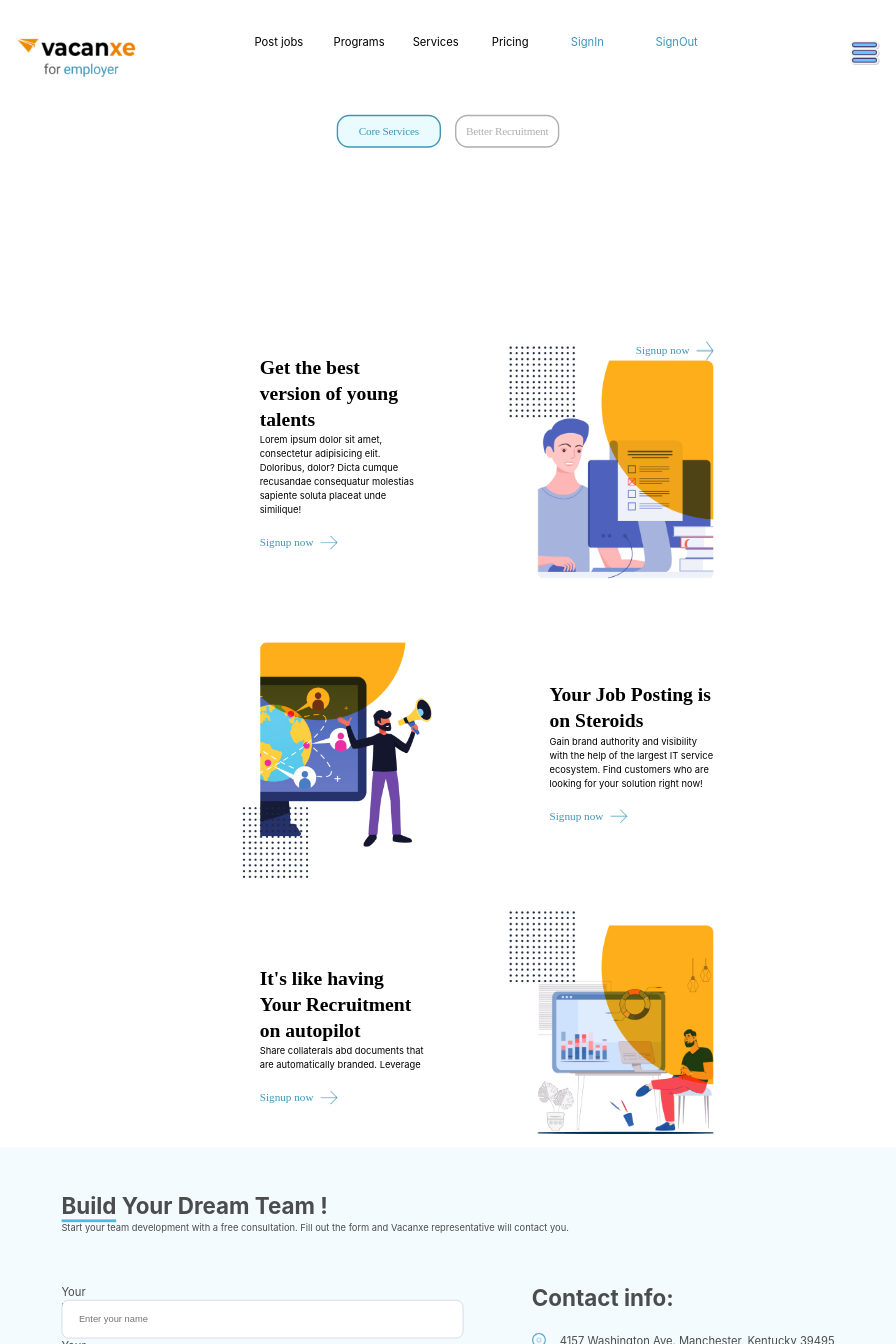
Repository: uh-sman/Vacanxe
Page: /
An editor plug-in stored every save of this project. The page is shown before and after the next save, followed by the edit.
The browser window is 1280 px wide. The pictures show the part of the page from y = 0 to 1920 px (the page is 3212 px tall before and 3048 px after), at 70% of full size.
The project was rebuilt for these pictures with package versions that can differ from the ones it lists, and the page was loaded fresh each time.

Above is the page before, as saved 2022-12-03 19:43:05.

After the next save:
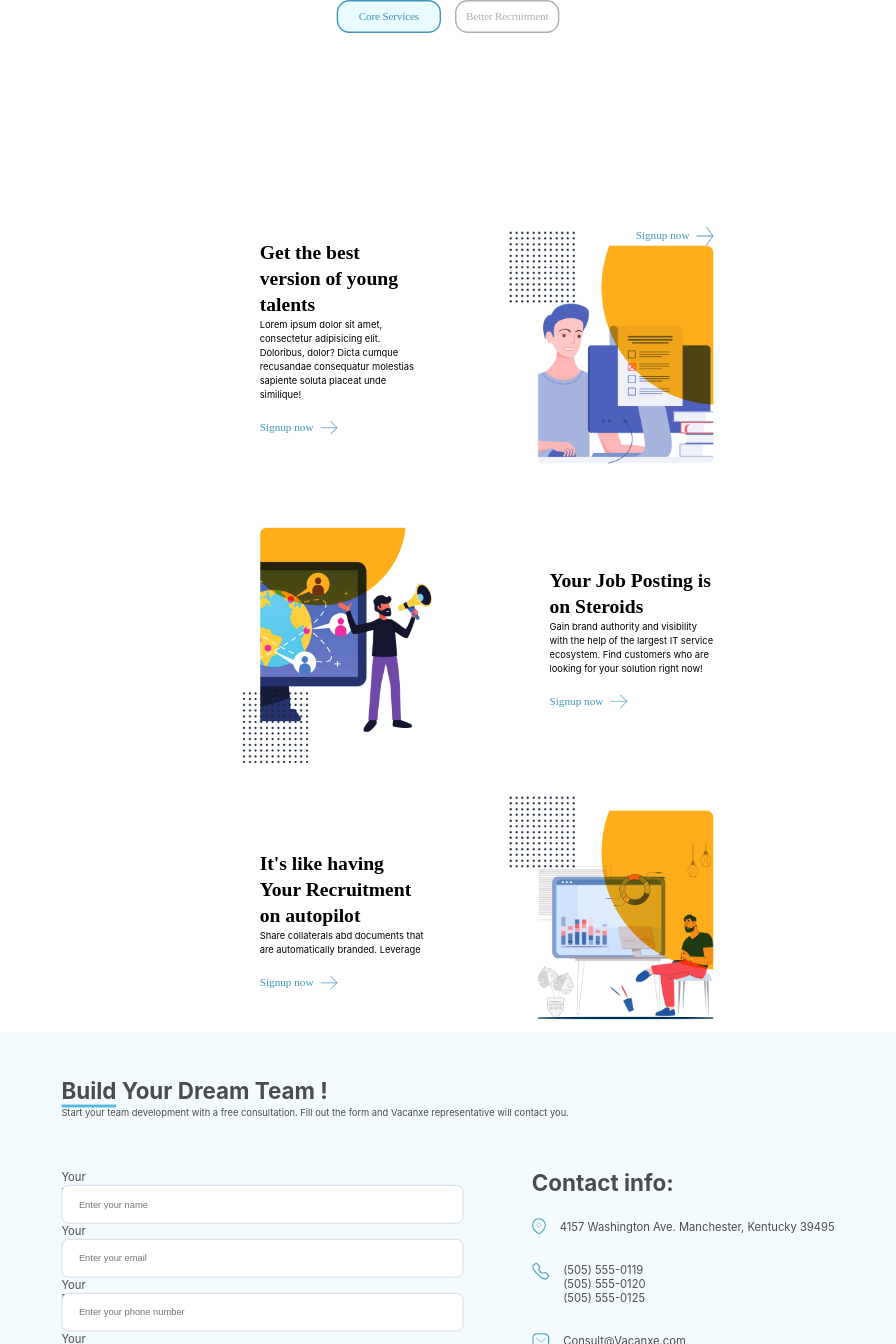
Saved 54 min 48 s later.
--- a/src/components/Head.js
+++ b/src/components/Head.js
@@ -7,7 +7,7 @@ import { Team } from "./Team";
 const Head = () => {
   return (
     <div>
-      <Navbar />
+      {/* <Navbar /> */}
       <Body />
       <Team />
       <Footer />
